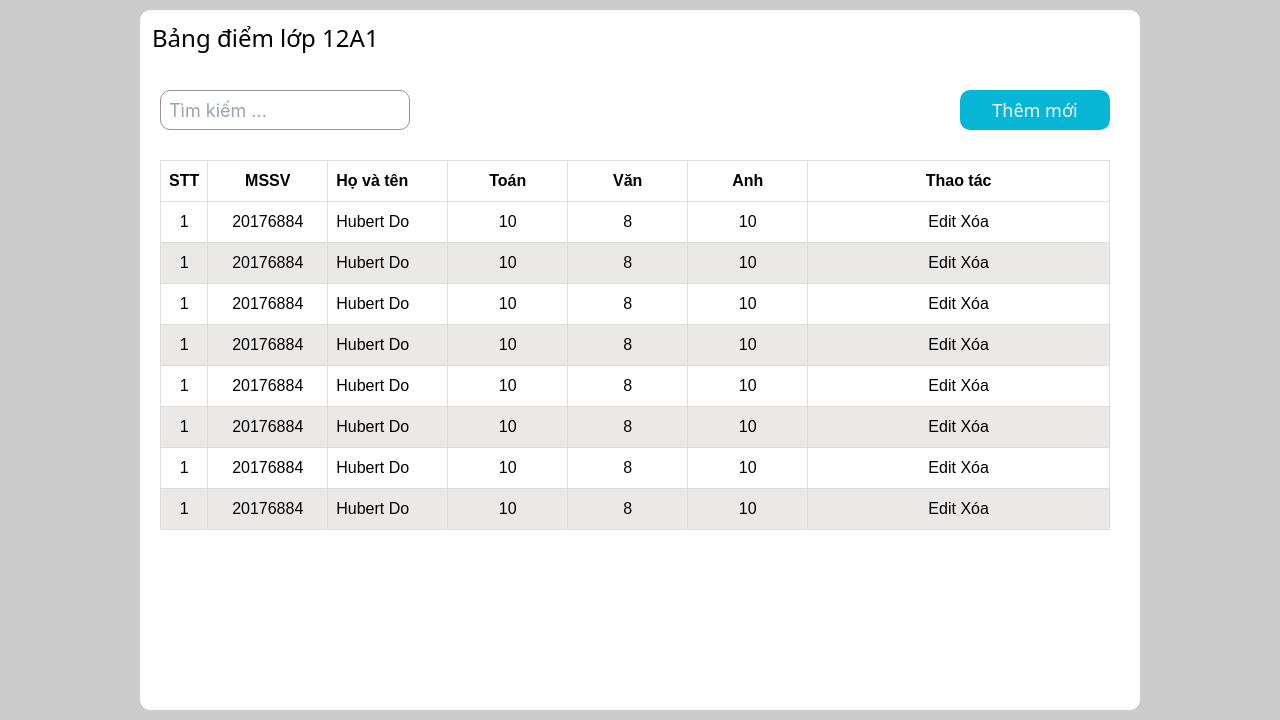
Repository: doducthuan/ReactJS-Movie
Page: /
These files come from the project's save history. The page is drawn as it stood at one moment and after the next save; the edit follows.
The browser window is 1280 px wide. The pictures show the whole page.
The project was rebuilt for these pictures with package versions that can differ from the ones it lists, and the page was loaded fresh each time. Also part of the build but not shown: src/App.css.

Above is the page before, as saved 2024-01-13 07:59:07.

### public/index.html
<!DOCTYPE html>
<html lang="en">
  <head>
    <meta charset="utf-8" />
    <link rel="icon" href="%PUBLIC_URL%/avatar_rmbg.png" />
    <meta name="viewport" content="width=device-width, initial-scale=1" />
    <meta name="theme-color" content="#000000" />
    <meta
      name="description"
      content="Web site created using create-react-app"
    />
    <link rel="apple-touch-icon" href="%PUBLIC_URL%/logo192.png" />
    <!--
      manifest.json provides metadata used when your web app is installed on a
      user's mobile device or desktop. See https://developers.google.com/web/fundamentals/web-app-manifest/
    -->
    <link rel="manifest" href="%PUBLIC_URL%/manifest.json" />
    <!--
      Notice the use of %PUBLIC_URL% in the tags above.
      It will be replaced with the URL of the `public` folder during the build.
      Only files inside the `public` folder can be referenced from the HTML.

      Unlike "/favicon.ico" or "favicon.ico", "%PUBLIC_URL%/favicon.ico" will
      work correctly both with client-side routing and a non-root public URL.
      Learn how to configure a non-root public URL by running `npm run build`.
    -->
    <title>Mèo Hen</title>
  </head>
  <body>
    <noscript>You need to enable JavaScript to run this app.</noscript>
    <div id="root"></div>
    <!--
      This HTML file is a template.
      If you open it directly in the browser, you will see an empty page.

      You can add webfonts, meta tags, or analytics to this file.
      The build step will place the bundled scripts into the <body> tag.

      To begin the development, run `npm start` or `yarn start`.
      To create a production bundle, use `npm run build` or `yarn build`.
    -->
  </body>
</html>

### src/App.js
import './App.css';
import Students from './components/students/Students';
function App() {
  return (
    <div className="App">
      <Students></Students>
    </div>
  );
}

export default App;

### src/components/students/Students.js
import React, { useMemo } from 'react';
import './styles.css';
import './style_table.css';
import { useTable } from 'react-table';
import { COLUMNS } from './Columns';
const Students = () => {
    const data = [
        { stt: 1, id: 20176884, name: "Hubert Do", math: 10, literature: 8, english: 10 },
        { stt: 1, id: 20176884, name: "Hubert Do", math: 10, literature: 8, english: 10 },
        { stt: 1, id: 20176884, name: "Hubert Do", math: 10, literature: 8, english: 10 },
        { stt: 1, id: 20176884, name: "Hubert Do", math: 10, literature: 8, english: 10 },
        { stt: 1, id: 20176884, name: "Hubert Do", math: 10, literature: 8, english: 10 },
        { stt: 1, id: 20176884, name: "Hubert Do", math: 10, literature: 8, english: 10 },
        { stt: 1, id: 20176884, name: "Hubert Do", math: 10, literature: 8, english: 10 },
        { stt: 1, id: 20176884, name: "Hubert Do", math: 10, literature: 8, english: 10 },
    ];
    const columns = useMemo(() => COLUMNS, []);
    const { getTableProps, getTableBodyProps, headerGroups, rows, prepareRow } = useTable({ columns, data });
    return (
        <div className="full-view">
            <div className="border-data">
                <p className="font-sans text-2xl ml-3 mt-3">Bảng điểm lớp 12A1</p>
                <div className="table-data">
                    <div className="search-add mt-9 flex">
                        <input className="search-all text-lg" placeholder='Tìm kiếm ...' />
                        <button className="add-student font-sans text-lg bg-cyan-500 hover:bg-cyan-600 text-white">Thêm mới</button>
                    </div>
                    <div className="table-content">
                        <table {...getTableProps()}>
                            <thead>
                                {headerGroups.map((headerGroup) => (
                                    <tr {...headerGroup.getHeaderGroupProps()}>
                                        {headerGroup.headers.map((column) => (
                                            <th {...column.getHeaderProps()}>
                                                {column.render('Header')}
                                            </th>
                                        ))}
                                        <th>Thao tác</th>
                                    </tr>
                                ))}
                            </thead>
                            <tbody {...getTableBodyProps()}>
                                {rows.map((row) => {
                                    prepareRow(row);
                                    return (
                                        <tr {...row.getRowProps()}>
                                            {row.cells.map((cell) => {
                                                return (
                                                    <td {...cell.getCellProps()}>
                                                        {cell.render('Cell')}
                                                    </td>
                                                );

                                            })}
                                            <td>Edit Xóa</td>
                                        </tr>
                                    );
                                })}
                            </tbody>
                        </table>

                    </div>
                </div>

            </div>
        </div>
    );
};

export default Students;

### src/components/students/styles.css
.full-view{
    display: flex;
    justify-content: center;
    align-items: center;
    height: 100vh;
    background-color: #ccc;
}
.border-data{
    width: 1000px;
    height: 700px;
    background-color: #fff;
    border-radius: 10px;
}
.table-data{
    width: 95%;
    height: 600px;
    margin-left: 20px;
}
.search-add{
    gap: 550px;
    margin-bottom: 30px;
}
.search-all{
    width: 250px;
    height: 40px;
    border: 1px solid #969292;
    border-radius: 10px;
    padding: 8px;
}
.add-student{
    width: 150px;
    height: 40px;
    border-radius: 10px;
}

### src/components/students/style_table.css
table{
    font-family: sans-serif;
    border-collapse: collapse;
    width: 100%;
}
td,th {
    border: 1px solid #dddddd;
    text-align: left;
    padding: 8px;
}
tr:nth-child(even) {
    background-color: #ebe8e8;
}
thead tr th:nth-child(1),
thead tr th:nth-child(2),
thead tr th:nth-child(4),
thead tr th:nth-child(5),
thead tr th:nth-child(6),
thead tr th:nth-child(7),
tbody tr td:nth-child(1),
tbody tr td:nth-child(2),
tbody tr td:nth-child(4),
tbody tr td:nth-child(5),
tbody tr td:nth-child(6),
tbody tr td:nth-child(7){
    text-align: center;
}

thead tr th:nth-child(1),
tbody tr td:nth-child(1){
    width: 25px;
}
thead tr th:nth-child(2),
tbody tr td:nth-child(2){
    width: 120px;
}
thead tr th:nth-child(3),
tbody tr td:nth-child(3){
    width: 120px;
}
thead tr th:nth-child(4),
tbody tr td:nth-child(4),
thead tr th:nth-child(5),
tbody tr td:nth-child(5),
thead tr th:nth-child(6),
tbody tr td:nth-child(6){
    width: 120px;
}

### src/components/students/Columns.js
export const COLUMNS = [
    { Header: "STT", accessor: "stt" },
    { Header: "MSSV", accessor: "id" },
    { Header: "Họ và tên", accessor: "name" },
    { Header: "Toán", accessor: "math" },
    { Header: "Văn", accessor: "literature" },
    { Header: "Anh", accessor: "english" },
];

Loaded but not shown: src/index.js (common file); src/index.css (common file); src/reportWebVitals.js (common file); tailwind.config.js (common file)

After the next save:
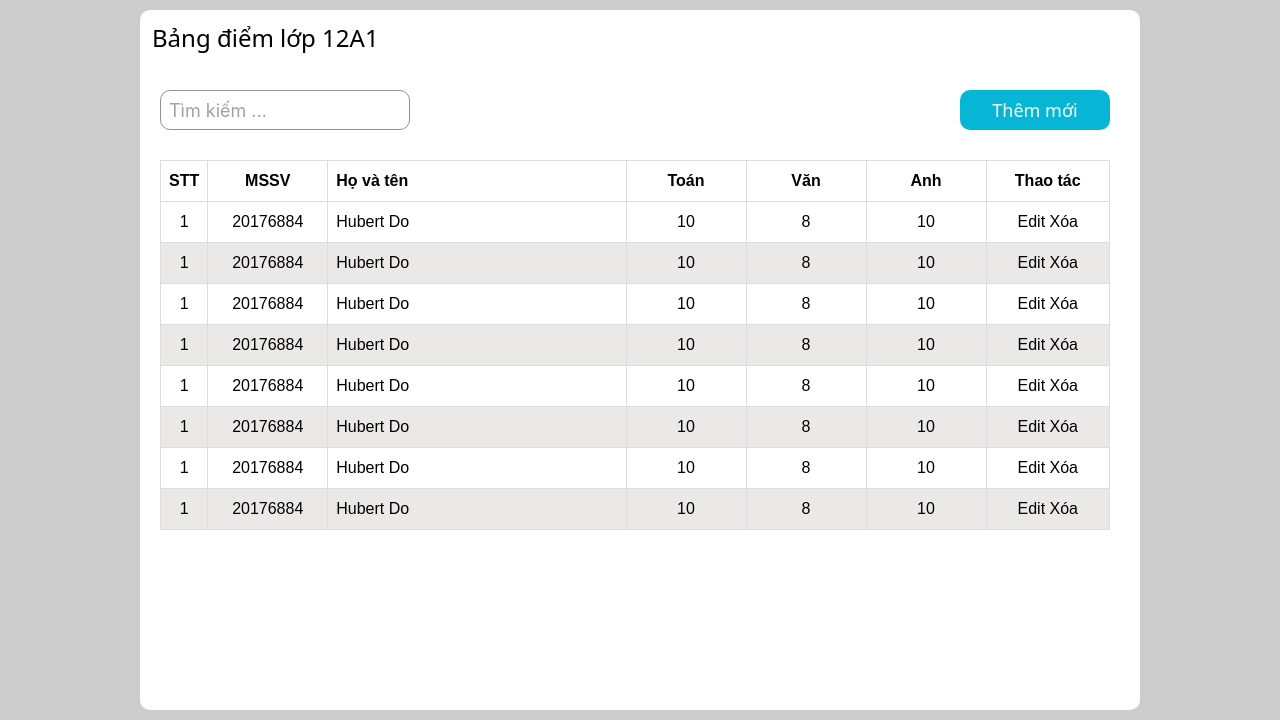
Saved 27 s later.
--- a/src/components/students/style_table.css
+++ b/src/components/students/style_table.css
@@ -36,7 +36,7 @@ tbody tr td:nth-child(2){
 }
 thead tr th:nth-child(3),
 tbody tr td:nth-child(3){
-    width: 120px;
+    min-width: 200px;
 }
 thead tr th:nth-child(4),
 tbody tr td:nth-child(4),
